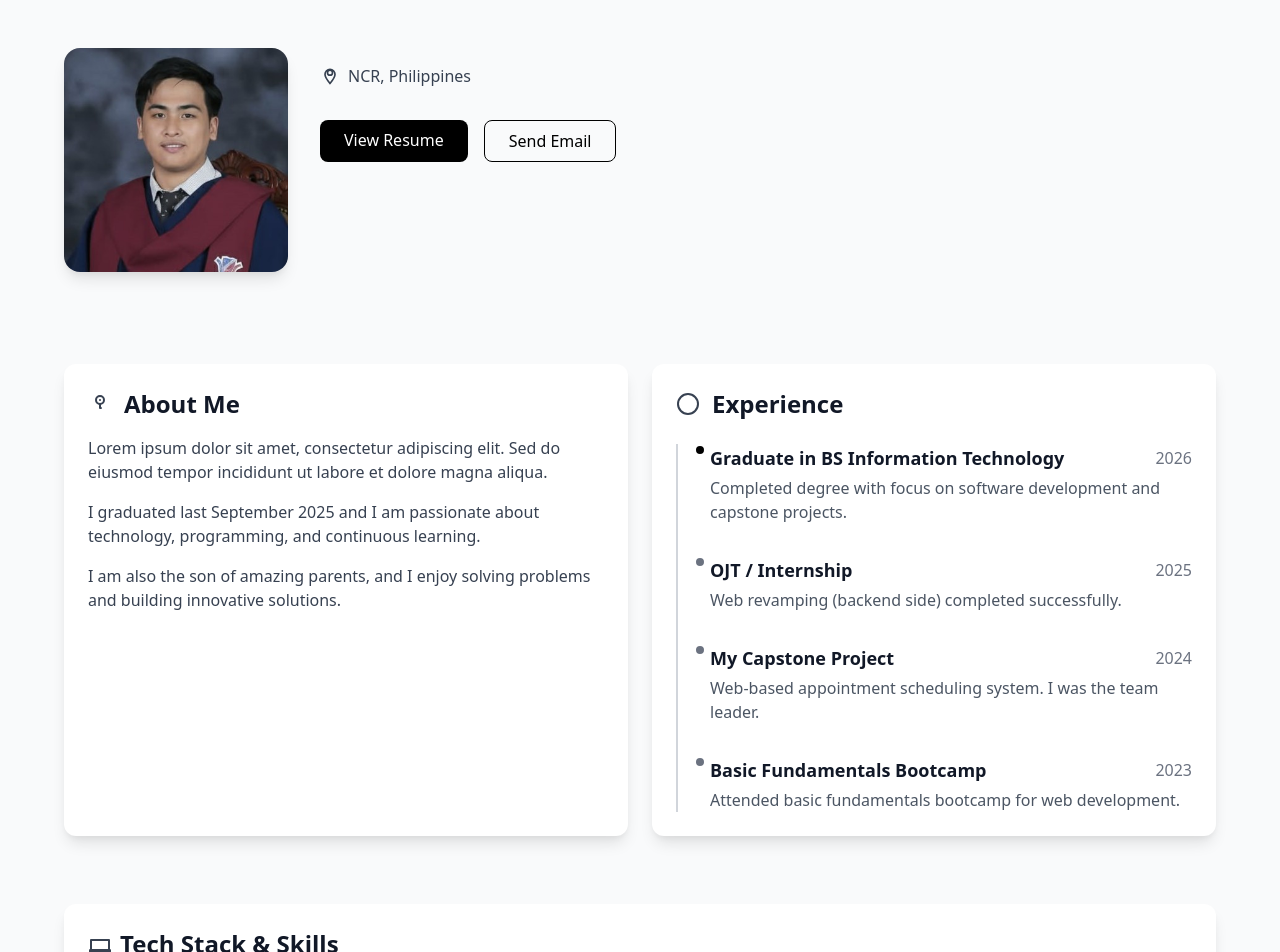
Repository: MeekSharkdev/cv-portfolio
Page: index.html
The author's editor kept a copy of each file at every save. The page is drawn from the files as they stood at one save, then again after the next save.
The browser window is 1280 px wide. The pictures show the part of the page from y = 0 to 952 px (the page is 2552 px tall).
A picture or video elsewhere on the page could not be fetched, so the positions and the page height are approximate.

Above is the page before, as saved 2026-01-31 19:37:14.
Not found: styles.css

After the next save:
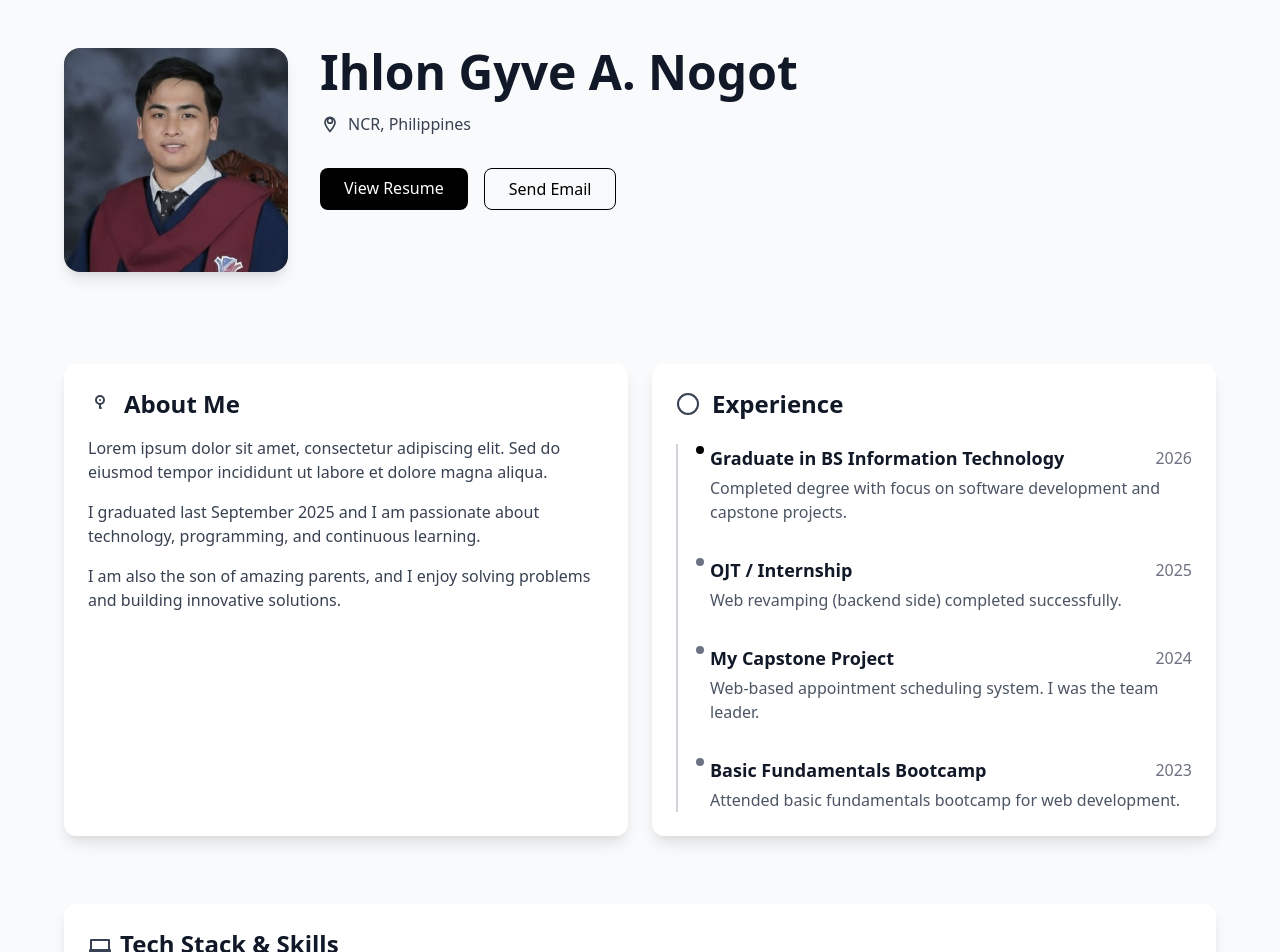
Saved 9 s later.
--- a/index.html
+++ b/index.html
@@ -26,7 +26,7 @@
             <!-- Info Section -->
             <div class="flex flex-col justify-center gap-4">
                 <!-- Full Name -->
-                <h1 class="text-4xl md:text-5xl font-bold"></h1>
+                <h1 class="text-4xl md:text-5xl font-bold">Ihlon Gyve A. Nogot</h1>
 
                 <!-- Location -->
                 <div class="flex items-center gap-2 text-gray-700">
